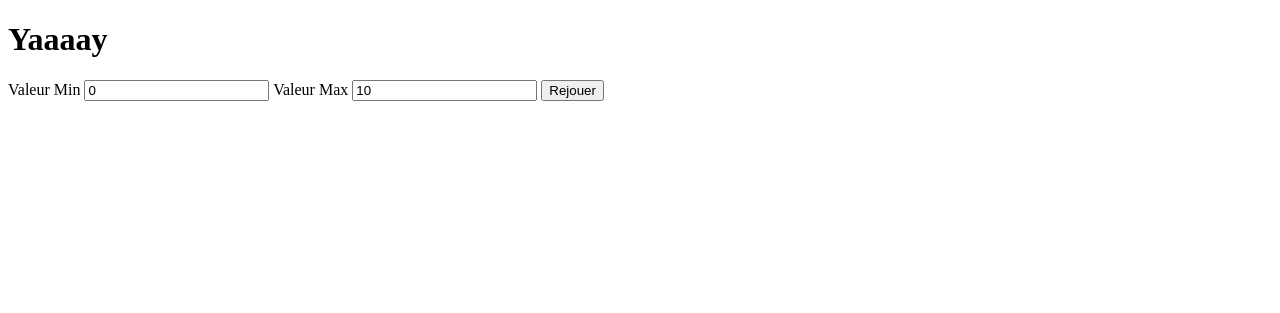
Repository: TheD3us/javaavance
Page: CrazyNumber/WebContent/HTML/Reussite.html
An editor plug-in stored every save of this project. The page is shown before and after the next save, followed by the edit.
The browser window is 1280 px wide. The pictures show the whole page.

Above is the page before, as saved 2022-05-03 08:38:24.

### CrazyNumber/WebContent/HTML/Reussite.html
<!DOCTYPE html>
<html>
<head>
<meta charset="ISO-8859-1">
<title>Insert title here</title>
</head>
<body>
<h1>Yaaaay</h1>
	<form action="/CrazyNumber/Formulaire" method="GET">
		<label>Valeur Min</label>
	<input type="number" name="min" value="0">
	<label>Valeur Max</label>
	<input type="number" name="max" value="10">
	<input type="submit" value="Rejouer">
	</form>
</body>
</html>

Loaded but not shown: CrazyNumber/WebContent/HTML/CSS/marx.min.css (library)

After the next save:
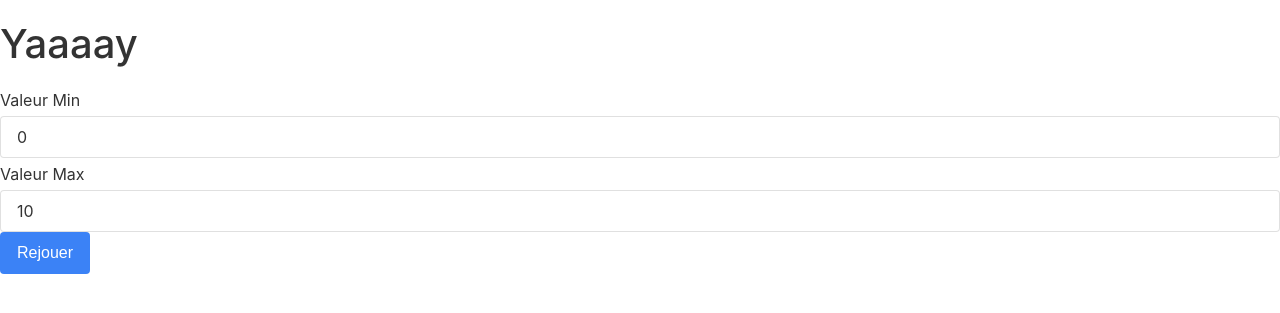
Saved 10 min 57 s later.
--- a/CrazyNumber/WebContent/HTML/Reussite.html
+++ b/CrazyNumber/WebContent/HTML/Reussite.html
@@ -1,6 +1,7 @@
 <!DOCTYPE html>
 <html>
 <head>
+<link rel="stylesheet" href="CSS/marx.min.css"/>
 <meta charset="ISO-8859-1">
 <title>Insert title here</title>
 </head>
